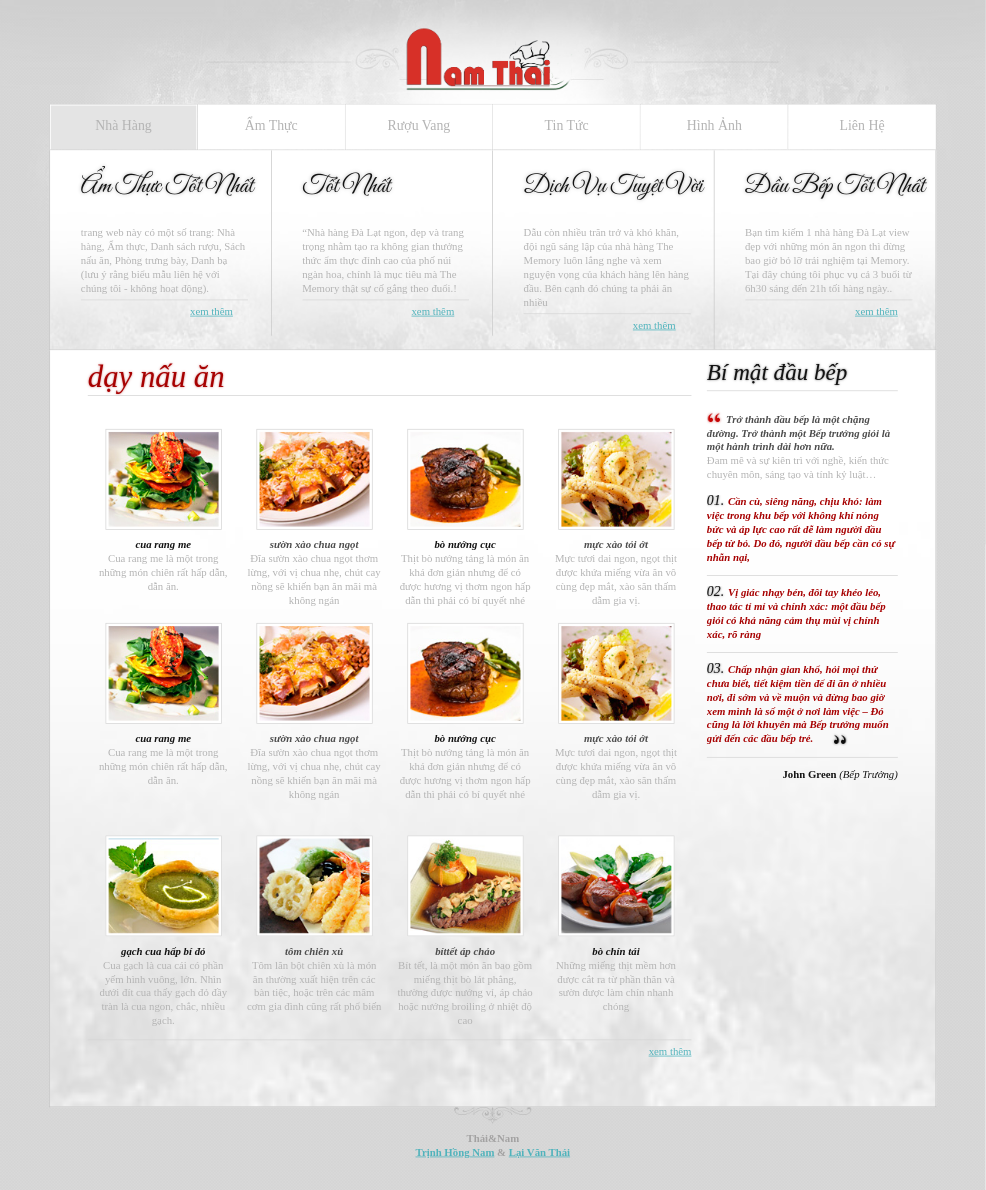
Repository: thaiLVT/DoAnThucTapNamThai
Page: cookbook.html
These files come from the project's save history. The page is drawn as it stood at one moment and after the next save; the edit follows.
The browser window is 1280 px wide. The pictures show the whole page, at 77% of full size.

Above is the page before, as saved 2022-05-04 01:03:14.

### cookbook.html
<!DOCTYPE html>
<html lang="en">

<head>
    <title>Cookbook</title>
    <meta charset="utf-8">
    <meta name="viewport" content="width=device-width, initial-scale=1, maximum-scale=1">
    <link rel="stylesheet" type="text/css" media="screen" href="css/reset.css">
    <link rel="stylesheet" type="text/css" media="screen" href="css/style.css">
    <link rel="stylesheet" href="css/zerogrid.css" type="text/css" media="all">
    <link rel="stylesheet" href="css/responsive.css" type="text/css" media="all">
    <link href='http://fonts.googleapis.com/css?family=Great+Vibes' rel='stylesheet' type='text/css'>
    <script type="text/javascript" src="https://ajax.googleapis.com/ajax/libs/jquery/3.6.0/jquery.min.js"></script>
    <script src="js/main.js"></script>
    <script src="js/slider.js"></script>
</head>

<body>
    <div class="bg-top">
        <div class="bgr">
            <!--==============================header=================================-->
            <header>
                <div class="zerogrid">
                    <h1>
                        <a style="width: 14rem;" href="index.html"><img src="images/logo.png" alt=""></a>
                    </h1>
                    <nav>
                        <ul class="menu">
                            <li class="current"><a href="index.html">nhà hàng</a></li>
                            <li><a href="cuisine.html">ẩm thực</a></li>
                            <li><a href="wine_list.html">rượu vang</a></li>
                            <li><a href="cookbook.html">tin tức</a></li>
                            <li><a href="gallery.html">hình ảnh</a></li>
                            <li><a href="contacts.html">liên hệ</a></li>
                        </ul>
                        <div class="clear"></div>
                    </nav>
                </div>
            </header>
            <!--==============================content================================-->
            <section id="content">
                <div class="zerogrid">
                    <div class="block-1">
                        <div class="col-1-4">
                            <div class="pad border-right">
                                <div class="block-1-title">
                                    <div class="text-1">ẩm thực tốt nhất</div>
                                    <strong class="clear"></strong>
                                </div>
                                <p class="border-1">trang web này có một số trang: Nhà hàng, Ẩm thực, Danh sách rượu, Sách nấu ăn, Phòng trưng bày, Danh bạ (lưu ý rằng biểu mẫu liên hệ với chúng tôi - không hoạt động).</p>
                                <a href="#" class="link-1">xem thêm</a>
                            </div>
                        </div>
                        <div class="col-1-4">
                            <div class="pad border-right">
                                <div class="block-1-title">
                                    <div class="text-1">tốt nhất</div>
                                    <strong class="clear"></strong>
                                </div>
                                <p class="border-1">“Nhà hàng Đà Lạt ngon, đẹp và trang trọng nhằm tạo ra không gian thưởng thức ẩm thực đỉnh cao của phố núi ngàn hoa, chính là mục tiêu mà The Memory thật sự cố gắng theo đuổi.!</p>
                                <a href="#" class="link-1">xem thêm</a>
                            </div>
                        </div>
                        <div class="col-1-4">
                            <div class="pad border-right">
                                <div class="block-1-title">
                                    <div class="text-1">dịch vụ tuyệt vời </div>
                                    <strong class="clear"></strong>
                                </div>
                                <p class="border-1"> Dẫu còn nhiều trăn trở và khó khăn, đội ngũ sáng lập của nhà hàng The Memory luôn lắng nghe và xem nguyện vọng của khách hàng lên hàng đầu. Bên cạnh đó chúng ta phải ăn nhiều</p>
                                <a href="#" class="link-1">xem thêm</a>
                            </div>
                        </div>
                        <div class="col-1-4">
                            <div class="pad">
                                <div class="block-1-title">
                                    <div class="text-1">đầu bếp tốt nhất</div>
                                    <strong class="clear"></strong>
                                </div>
                                <p class="border-1">Bạn tìm kiếm 1 nhà hàng Đà Lạt view đẹp với những món ăn ngon thì đừng bao giờ bỏ lỡ trải nghiệm tại Memory. Tại đây chúng tôi phục vụ cả 3 buổi từ 6h30 sáng đến 21h tối hàng ngày..</p>
                                <a href="#" class="link-1">xem thêm</a>
                            </div>
                        </div>
                    </div>
                    <div class="block-2 pad-2">
                        <div class="col-3-4">
                            <div class="wrap-col">
                                <h2 class="h2-line-3">dạy nấu ăn</h2>
                                <div class="box-5 top-4">
                                    <div class="col-1-4">
                                        <div class="wrap-col margin5">
                                            <div class="img-border"><img src="images/page4-img1.jpg" alt=""></div>
                                            <p><span class="it-bold clr-1">cua rang me</span><br>Cua rang me là một trong những món chiên rất hấp dẫn, dẫn ăn. </p>
                                        </div>
                                    </div>
                                    <div class="col-1-4">
                                        <div class="wrap-col margin5">
                                            <div class="img-border"><img src="images/page4-img2.jpg" alt=""></div>
                                            <p><span class="it-bold clr-2">sườn xào chua ngọt</span><br>Đĩa sườn xào chua ngọt thơm lừng, với vị chua nhẹ, chút cay nồng sẽ khiến bạn ăn mãi mà không ngán</p>
                                        </div>
                                    </div>
                                    <div class="col-1-4">
                                        <div class="wrap-col margin5">
                                            <div class="img-border"><img src="images/page4-img3.jpg" alt=""></div>
                                            <p><span class="it-bold clr-1">bò nướng cục </span><br>Thịt bò nướng tảng là món ăn khá đơn giản nhưng để có được hương vị thơm ngon hấp dẫn thì phải có bí quyết nhé</p>
                                        </div>
                                    </div>
                                    <div class="col-1-4">
                                        <div class="wrap-col margin5">
                                            <div class="img-border"><img src="images/page4-img4.jpg" alt=""></div>
                                            <p><span class="it-bold clr-2">mực xào tỏi ớt </span><br>Mực tươi dai ngon, ngọt thịt được khứa miếng vừa ăn vô cùng đẹp mắt, xào săn thấm dẫm gia vị. </p>
                                        </div>
                                    </div>
                                    <div class="col-1-4">
                                        <div class="wrap-col margin5">
                                            <div class="img-border"><img src="images/page4-img1.jpg" alt=""></div>
                                            <p><span class="it-bold clr-1">cua rang me</span><br>Cua rang me là một trong những món chiên rất hấp dẫn, dẫn ăn. </p>
                                        </div>
                                    </div>
                                    <div class="col-1-4">
                                        <div class="wrap-col margin5">
                                            <div class="img-border"><img src="images/page4-img2.jpg" alt=""></div>
                                            <p><span class="it-bold clr-2">sườn xào chua ngọt</span><br>Đĩa sườn xào chua ngọt thơm lừng, với vị chua nhẹ, chút cay nồng sẽ khiến bạn ăn mãi mà không ngán</p>
                                        </div>
                                    </div>
                                    <div class="col-1-4">
                                        <div class="wrap-col margin5">
                                            <div class="img-border"><img src="images/page4-img3.jpg" alt=""></div>
                                            <p><span class="it-bold clr-1">bò nướng cục </span><br>Thịt bò nướng tảng là món ăn khá đơn giản nhưng để có được hương vị thơm ngon hấp dẫn thì phải có bí quyết nhé</p>
                                        </div>
                                    </div>
                                    <div class="col-1-4">
                                        <div class="wrap-col margin5">
                                            <div class="img-border"><img src="images/page4-img4.jpg" alt=""></div>
                                            <p><span class="it-bold clr-2">mực xào tỏi ớt </span><br>Mực tươi dai ngon, ngọt thịt được khứa miếng vừa ăn vô cùng đẹp mắt, xào săn thấm dẫm gia vị. </p>
                                        </div>
                                    </div>
                                </div>
                                <div class="box-5 top-5 border-1">
                                    <div class="col-1-4">
                                        <div class="wrap-col margin5">
                                            <div class="img-border"><img src="images/page4-img5.jpg" alt=""></div>
                                            <p><span class="it-bold clr-1">gạch cua hấp bí đỏ </span><br>Cua gạch là cua cái có phần yếm hình vuông, lớn. Nhìn dưới đít cua thấy gạch đỏ đầy tràn là cua ngon, chắc, nhiều gạch. </p>
                                        </div>
                                    </div>
                                    <div class="col-1-4">
                                        <div class="wrap-col margin5">
                                            <div class="img-border"><img src="images/page4-img6.jpg" alt=""></div>
                                            <p><span class="it-bold clr-2">tôm chiên xù </span><br>Tôm lăn bột chiên xù là món ăn thường xuất hiện trên các bàn tiệc, hoặc trên các mâm cơm gia đình cũng rất phổ biến </p>
                                        </div>
                                    </div>
                                    <div class="col-1-4">
                                        <div class="wrap-col margin5">
                                            <div class="img-border"><img src="images/page4-img7.jpg" alt=""></div>
                                            <p><span class="it-bold clr-2">bíttết áp chảo</span><br>Bít tết, là một món ăn bao gồm miếng thịt bò lát phẳng, thường được nướng vỉ, áp chảo hoặc nướng broiling ở nhiệt độ cao</p>
                                        </div>
                                    </div>
                                    <div class="col-1-4">
                                        <div class="wrap-col margin5">
                                            <div class="img-border"><img src="images/page4-img8.jpg" alt=""></div>
                                            <p><span class="it-bold clr-1">bò chín tái </span><br>Những miếng thịt mềm hơn được cắt ra từ phần thăn và sườn được làm chín nhanh chóng</p>
                                        </div>
                                    </div>
                                </div>
                                <a href="#" class="link-1">xem thêm</a>
                            </div>
                        </div>
                        <div class="col-1-4">
                            <div class="wrap-col">
                                <h5 class="h5-line">Bí mật đầu bếp</h5>
                                <div class="comment-2">
                                    <p><img src="images/comment-top-2.png" alt=""><span class="clr-2 it-bold">Trở thành đầu bếp là một chặng đường. Trở thành một Bếp trưởng giỏi là một hành trình dài hơn nữa.</span><br> Đam mê và sự kiên trì với nghề, kiến
                                        thức chuyên môn, sáng tạo và tính kỷ luật…</p>
                                    <div class="number"><strong>01.</strong><span class="clr-3 it-bold">Cần cù, siêng năng, chịu khó: làm việc trong khu bếp với không khí nóng bức và áp lực cao rất dễ làm người đầu bếp từ bỏ. Do đó, người đầu bếp cần có sự nhẫn nại,</span></div>
                                    <div class="number"><strong>02.</strong><span class="clr-3 it-bold">Vị giác nhạy bén, đôi tay khéo léo, thao tác tỉ mỉ và chính xác: một đầu bếp giỏi có khả năng cảm thụ mùi vị chính xác, rõ ràng</span></div>
                                    <div class="number"><strong>03.</strong><span class="clr-3 it-bold">Chấp nhận gian khổ, hỏi mọi thứ chưa biết, tiết kiệm tiền để đi ăn ở nhiều nơi, đi sớm và về muộn và đừng bao giờ xem mình là số một ở nơi làm việc – Đó cũng là lời khuyên mà Bếp trưởng muốn gửi đến các đầu bếp trẻ. <img src="images/comment-bottom-2.png" alt="" class="second" ></span></div>
                                    <span class="clr-1"><strong>John Green</strong> <i>(Bếp Trưởng)</i></span>
                                </div>
                            </div>
                        </div>
                    </div>
                </div>
            </section>

            <!--==============================footer=================================-->
            <footer>
                <div class="zerogrid">
                    <p>Thái&Nam<br>
                        <a rel="nofollow" href="https://www.facebook.com/hongnam.trinh.56" target="_blank" class="link">Trịnh Hồng Nam</a> & <a rel="nofollow" href="https://www.facebook.com/laivanthai.1611" class="link">Lại Văn Thái</a></p>
                </div>
            </footer>
        </div>
    </div>
</body>

</html>

### css/zerogrid.css
/*
Zerotheme.com | Free Html5 Responsive Templates
Zerogrid - A Single Grid System for Responsive Design
Author: Kimmy
Version : 2.1
Author URI: https://www.zerotheme.com/
*/


/* -------------------------------------------- */


/* ------------------Grid System--------------- */

.zerogrid {
    width: 90vw;
    position: relative;
    margin: 0 auto;
    padding: 0px;
}

.zerogrid:after {
    content: "\0020";
    display: block;
    height: 0;
    clear: both;
    visibility: hidden;
}

.zerogrid .row {}

.zerogrid .row:before,
.row:after {
    content: '\0020';
    display: block;
    overflow: hidden;
    visibility: hidden;
    width: 0;
    height: 0;
}

.zerogrid .row:after {
    clear: both;
}

.zerogrid .row {
    zoom: 1;
}

.zerogrid .wrap-col {
    margin: 10px;
}

.zerogrid .col-1-2,
.zerogrid .col-1-3,
.zerogrid .col-2-3,
.zerogrid .col-1-4,
.zerogrid .col-2-4,
.zerogrid .col-3-4,
.zerogrid .col-1-5,
.zerogrid .col-2-5,
.zerogrid .col-3-5,
.zerogrid .col-4-5,
.zerogrid .col-1-6,
.zerogrid .col-2-6,
.zerogrid .col-3-6,
.zerogrid .col-4-6,
.zerogrid .col-5-6 {
    float: left;
    display: inline-block;
}

.zerogrid .col-full {
    width: 100%;
}

.zerogrid .col-1-2 {
    width: 50%;
}

.zerogrid .col-1-3 {
    width: 33.33%;
}

.zerogrid .col-2-3 {
    width: 66.66%;
}

.zerogrid .col-1-4 {
    width: 25%;
}

.zerogrid .col-2-4 {
    width: 50%;
}

.zerogrid .col-3-4 {
    width: 75%;
}

.zerogrid .col-1-5 {
    width: 20%;
}

.zerogrid .col-2-5 {
    width: 40%;
}

.zerogrid .col-3-5 {
    width: 60%;
}

.zerogrid .col-4-5 {
    width: 80%;
}

.zerogrid .col-1-6 {
    width: 16.66%;
}

.zerogrid .col-2-6 {
    width: 33.33%;
}

.zerogrid .col-3-6 {
    width: 50%;
}

.zerogrid .col-4-6 {
    width: 66.66%;
}

.zerogrid .col-5-6 {
    width: 83.33%;
}

@media only screen and (min-width: 768px) and (max-width: 949px) {
    .zerogrid {
        width: 90vw;
    }
    .text-1 {
        font-size: 1.2rem !important;
    }
}

@media only screen and (max-width: 767px) {
    .zerogrid {
        width: 100%;
    }
    .text-1 {
        font-size: 1.2rem !important;
    }
}

@media only screen and (min-width: 620px) and (max-width: 767px) {
    .zerogrid {
        width: 100%;
    }
    .text-1 {
        font-size: 1.2rem !important;
    }
}

@media only screen and (max-width: 619px) {
    .zerogrid,
    .zerogrid .col-1-2,
    .zerogrid .col-1-3,
    .zerogrid .col-2-3,
    .zerogrid .col-1-4,
    .zerogrid .col-2-4,
    .zerogrid .col-3-4,
    .zerogrid .col-1-5,
    .zerogrid .col-2-5,
    .zerogrid .col-3-5,
    .zerogrid .col-4-5,
    .zerogrid .col-1-6,
    .zerogrid .col-2-6,
    .zerogrid .col-3-6,
    .zerogrid .col-4-6,
    .zerogrid .col-5-6 {
        width: 100%;
    }
}

### css/responsive.css
html {
    -webkit-text-size-adjust: none;
}

.video embed,
.video object,
.video iframe {
    width: 100%;
    height: auto;
}

img {
    max-width: 100%;
    height: auto;
    width: auto\9;
    /* ie8 */
}


/*------------------------*/

@media only screen and (max-width: 949px) {
    header {
        text-align: center;
    }
    h1 {
        background: none;
        margin-left: 0;
        padding-left: 0;
        width: auto;
    }
    ul.menu li:first-child a {
        width: 124px !important;
    }
    ul.menu li a {
        width: 125px;
        font-size: 18px;
        line-height: 24px;
        padding: 14px 0 19px 0;
    }
    .box-4 h4 {
        font-size: 16px;
        line-height: 28px;
    }
    #form {
        width: 210px;
    }
    #form input {
        width: 118px;
    }
    #form textarea {
        width: 128px;
    }
    .btns {
        width: 210px;
    }
}

@media only screen and (max-width: 767px) {
    nav {
        border: none;
    }
    ul.menu li {
        border: #d3d3d3 1px solid;
        border-left: none;
    }
    .box-4 h4 {
        font-size: 24px;
        line-height: 38px;
    }
}

@media only screen and (max-width: 600px) {
    #form {
        width: 310px;
    }
    #form input {
        width: 218px;
    }
    #form textarea {
        width: 228px;
    }
    .btns {
        width: 310px;
    }
}

@media only screen and (max-width: 420px) {
    #form {
        width: 210px;
    }
    #form input {
        width: 118px;
    }
    #form textarea {
        width: 128px;
    }
    .btns {
        width: 210px;
    }
}

Loaded but not shown: css/reset.css (common file); js/slider.js (66 lines, source omitted); js/main.js (4 lines, source omitted); css/style.css (878 lines, source omitted)

After the next save:
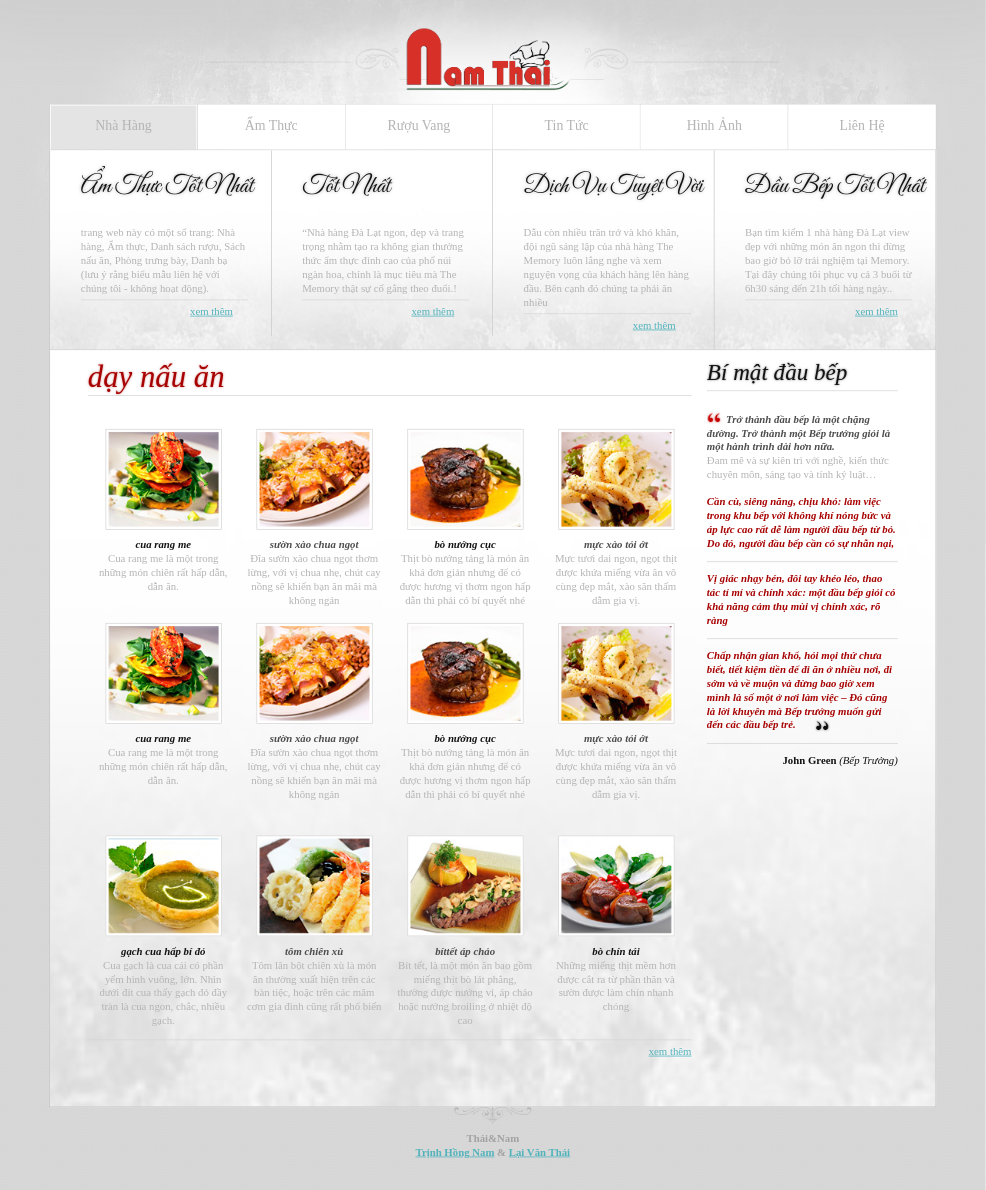
Saved 52 s later.
--- a/cookbook.html
+++ b/cookbook.html
@@ -171,9 +171,9 @@
                                 <div class="comment-2">
                                     <p><img src="images/comment-top-2.png" alt=""><span class="clr-2 it-bold">Trở thành đầu bếp là một chặng đường. Trở thành một Bếp trưởng giỏi là một hành trình dài hơn nữa.</span><br> Đam mê và sự kiên trì với nghề, kiến
                                         thức chuyên môn, sáng tạo và tính kỷ luật…</p>
-                                    <div class="number"><strong>01.</strong><span class="clr-3 it-bold">Cần cù, siêng năng, chịu khó: làm việc trong khu bếp với không khí nóng bức và áp lực cao rất dễ làm người đầu bếp từ bỏ. Do đó, người đầu bếp cần có sự nhẫn nại,</span></div>
-                                    <div class="number"><strong>02.</strong><span class="clr-3 it-bold">Vị giác nhạy bén, đôi tay khéo léo, thao tác tỉ mỉ và chính xác: một đầu bếp giỏi có khả năng cảm thụ mùi vị chính xác, rõ ràng</span></div>
-                                    <div class="number"><strong>03.</strong><span class="clr-3 it-bold">Chấp nhận gian khổ, hỏi mọi thứ chưa biết, tiết kiệm tiền để đi ăn ở nhiều nơi, đi sớm và về muộn và đừng bao giờ xem mình là số một ở nơi làm việc – Đó cũng là lời khuyên mà Bếp trưởng muốn gửi đến các đầu bếp trẻ. <img src="images/comment-bottom-2.png" alt="" class="second" ></span></div>
+                                    <div class="number"><span class="clr-3 it-bold">Cần cù, siêng năng, chịu khó: làm việc trong khu bếp với không khí nóng bức và áp lực cao rất dễ làm người đầu bếp từ bỏ. Do đó, người đầu bếp cần có sự nhẫn nại,</span></div>
+                                    <div class="number"><span class="clr-3 it-bold">Vị giác nhạy bén, đôi tay khéo léo, thao tác tỉ mỉ và chính xác: một đầu bếp giỏi có khả năng cảm thụ mùi vị chính xác, rõ ràng</span></div>
+                                    <div class="number"><span class="clr-3 it-bold">Chấp nhận gian khổ, hỏi mọi thứ chưa biết, tiết kiệm tiền để đi ăn ở nhiều nơi, đi sớm và về muộn và đừng bao giờ xem mình là số một ở nơi làm việc – Đó cũng là lời khuyên mà Bếp trưởng muốn gửi đến các đầu bếp trẻ. <img src="images/comment-bottom-2.png" alt="" class="second" ></span></div>
                                     <span class="clr-1"><strong>John Green</strong> <i>(Bếp Trưởng)</i></span>
                                 </div>
                             </div>
